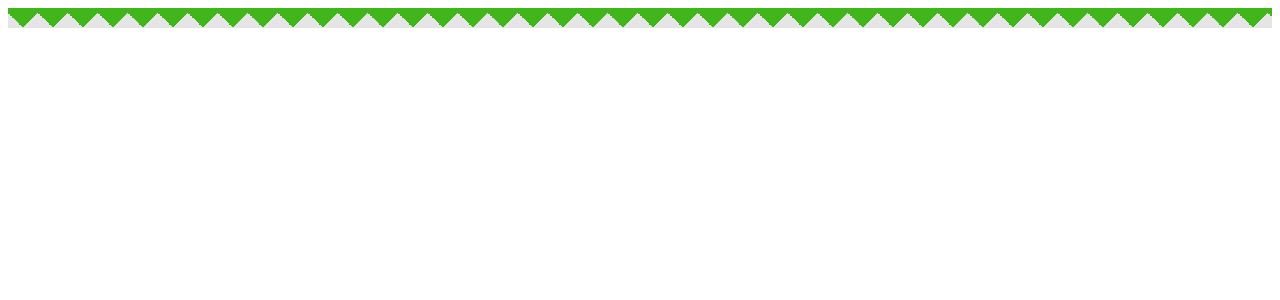
Repository: Jhin7782/HBuilder-Projects
Page: 【CSS】/css画图/锯齿边框.html
An editor plug-in stored every save of this project. The page is shown before and after the next save, followed by the edit.
The browser window is 1280 px wide. The pictures show the whole page.

Above is the page before, as saved 2017-06-09 04:14:57.

After the next save:
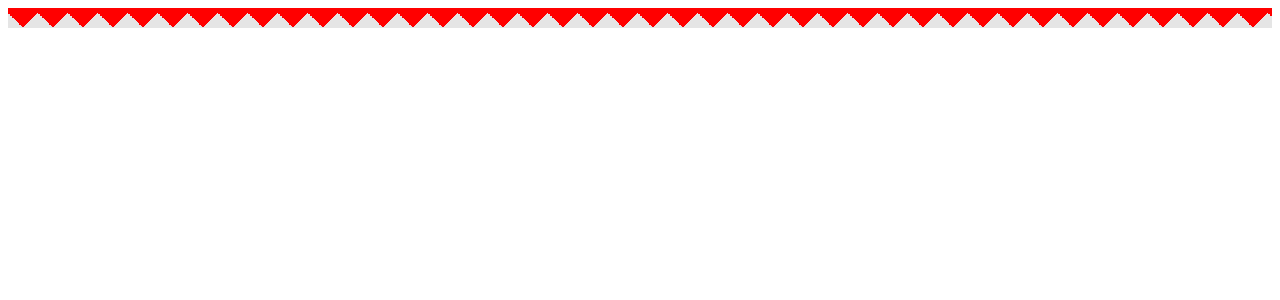
Saved 77 s later.
--- a/【CSS】/css画图/锯齿边框.html
+++ b/【CSS】/css画图/锯齿边框.html
@@ -8,7 +8,7 @@
 			.toothbg {
 				width: 100%;
 				height: 20px;
-				background: #41B61A;
+				background: red;
 				background-image: -webkit-gradient(linear, 50% 0, 0 100%, from(transparent), color-stop(.5, transparent), color-stop(.5, #e5e5e5), to(#e5e5e5)), -webkit-gradient(linear, 50% 0, 100% 100%, from(transparent), color-stop(.5, transparent), color-stop(.5, #e5e5e5), to(#e5e5e5));
 				background-image: -moz-linear-gradient(50% 0 -45deg, transparent, transparent 50%, #e5e5e5 50%, #e5e5e5), -moz-linear-gradient(50% 0 -135deg, transparent, transparent 50%, #e5e5e5 50%, #e5e5e5);
 				background-size: 30px 15px;
